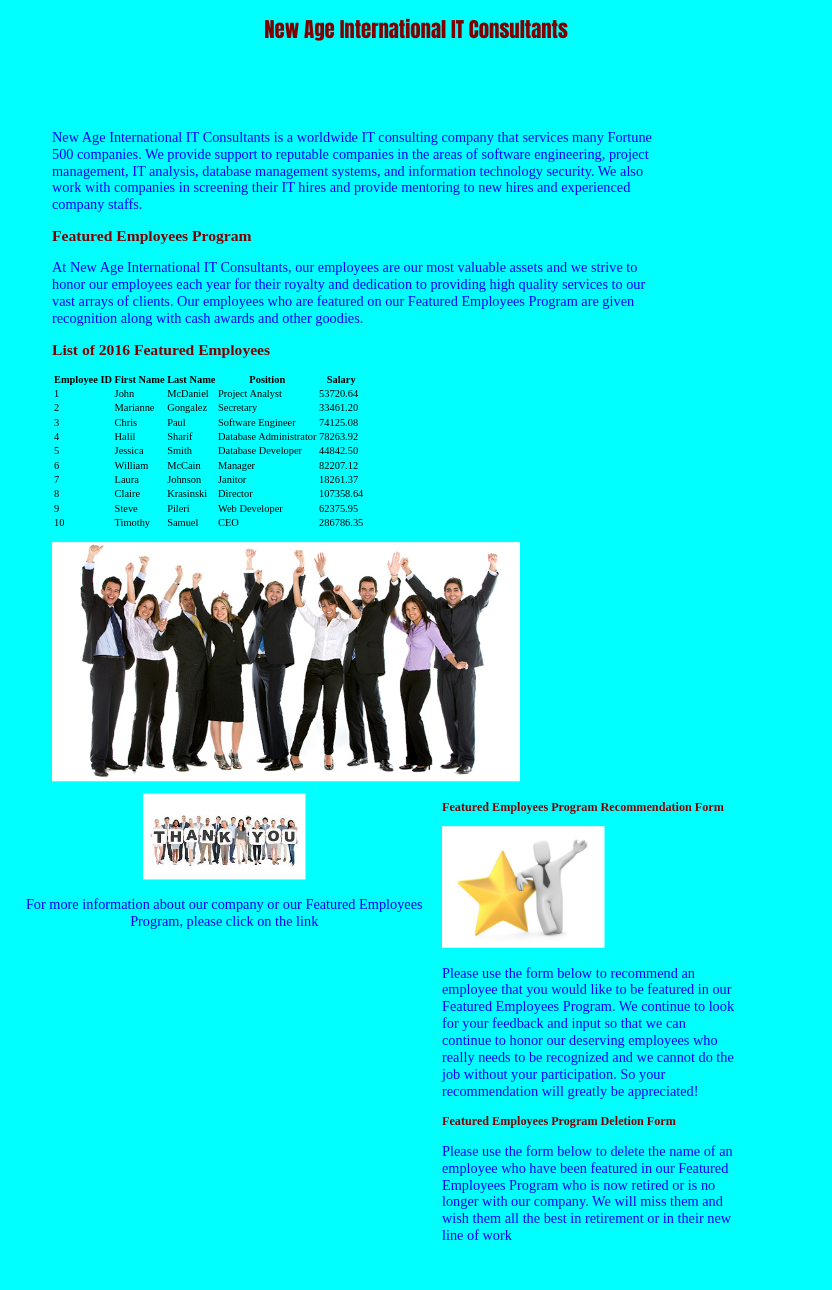
Repository: myjavaweb2/Week5JDBCAssignments
Page: myweek4project/src/main/webapp/employee.html
The author's editor kept a copy of each file at every save. The page is drawn from the files as they stood at one save, then again after the next save.
The browser window is 1280 px wide. The pictures show the whole page, at 65% of full size.

Above is the page before, as saved 2016-08-30 19:02:38.

### myweek4project/src/main/webapp/employee.html
<!DOCTYPE html>
<html>
<head>
<meta charset="ISO-8859-1">
<title>Employee Recognition Program</title>

<link rel="stylesheet" type="text/css" href="styles.css">
</head>
<body>

	<header>

		<h1>New Age International IT Consultants</h1>

	</header>

	<main>

	<p>New Age International IT Consultants is a worldwide IT
		consulting company that services many Fortune 500 companies. We
		provide support to reputable companies in the areas of software
		engineering, project management, IT analysis, database management
		systems, and information technology security. We also work with
		companies in screening their IT hires and provide mentoring to new
		hires and experienced company staffs.</p>

	<h2>Featured Employees Program</h2>
	<p>At New Age International IT Consultants, our employees are our
		most valuable assets and we strive to honor our employees each year
		for their royalty and dedication to providing high quality services to
		our vast arrays of clients. Our employees who are featured on our
		Featured Employees Program are given recognition along with cash
		awards and other goodies.</p>

	<h2>List of 2016 Featured Employees</h2>

	<table class="table table-striped">
		<tr>
			<th>Employee ID</th>
			<th>First Name</th>
			<th>Last Name</th>
			<th>Position</th>
			<th>Salary</th>
		</tr>
		<tr>
			<td>1</td>
			<td>John</td>
			<td>McDaniel</td>
			<td>Project Analyst</td>
			<td>53720.64</td>
		</tr>
		<tr>
			<td>2</td>
			<td>Marianne</td>
			<td>Gongalez</td>
			<td>Secretary</td>
			<td>33461.20</td>
		</tr>
		<tr>
			<td>3</td>
			<td>Chris</td>
			<td>Paul</td>
			<td>Software Engineer</td>
			<td>74125.08</td>
		</tr>
		<tr>
			<td>4</td>
			<td>Halil</td>
			<td>Sharif</td>
			<td>Database Administrator</td>
			<td>78263.92</td>
		</tr>
		<tr>
			<td>5</td>
			<td>Jessica</td>
			<td>Smith</td>
			<td>Database Developer</td>
			<td>44842.50</td>
		</tr>
		<tr>
			<td>6</td>
			<td>William</td>
			<td>McCain</td>
			<td>Manager</td>
			<td>82207.12</td>
		</tr>
		<tr>
			<td>7</td>
			<td>Laura</td>
			<td>Johnson</td>
			<td>Janitor</td>
			<td>18261.37</td>
		</tr>
		<tr>
			<td>8</td>
			<td>Claire</td>
			<td>Krasinski</td>
			<td>Director</td>
			<td>107358.64</td>
		</tr>
		<tr>
			<td>9</td>
			<td>Steve</td>
			<td>Pileri</td>
			<td>Web Developer</td>
			<td>62375.95</td>
		</tr>
		<tr>
			<td>10</td>
			<td>Timothy</td>
			<td>Samuel</td>
			<td>CEO</td>
			<td>286786.35</td>
		</tr>
	</table>
	<br>
	<img alt="2016 Featured Employees" src="images/employees.jpg"> </main>

	<aside>
		<h3>Featured Employees Program Recommendation Form</h3>

		<img alt="2016 Featured Employees" src="images/employee_pride.jpg"
			width="250px">

		<p>Please use the form below to recommend an employee that you
			would like to be featured in our Featured Employees Program. We
			continue to look for your feedback and input so that we can continue
			to honor our deserving employees who really needs to be recognized
			and we cannot do the job without your participation. So your
			recommendation will greatly be appreciated!</p>

		<form action=""></form>

		<h3>Featured Employees Program Deletion Form</h3>

		<p>Please use the form below to delete the name of an employee who
			have been featured in our Featured Employees Program who is now
			retired or is no longer with our company. We will miss them and wish
			them all the best in retirement or in their new line of work</p>

	</aside>

	<footer>

		<img alt="2016 Featured Employees" src="images/employees2.jpg"
			width="250px">

		<p>For more information about our company or our Featured
			Employees Program, please click on the link</p>


	</footer>

</body>
</html>

### myweek4project/src/main/webapp/styles.css
html, body {
	margin: 0;
	padding: 0;
	border: 0;
	font-size: 100%;
	background-color: aqua;
}

header {
	height: 135px;
}

main {
	width: 950px;
	background-color: aqua;
	float: left;
	padding-left: 0;
	padding-right: 0;
	position: relative;
	right: 20px;
  	left: 80px;
  	top: 20px;
  	bottom: 15px;
}

aside {
	width: 450px;
	background-color: aqua;
	float: right;
	padding: 25px;
	padding-right: 150px;
}

footer {
	clear: left;
	padding: 35px;
	border: 5px;
	text-align: center;
}

p {
	font-style: Times New Roman, Tahoma, sans serif;
	font-size: 22px;
	color: blue;
}

h1, h2, h3 {
	font-family: fantasy, serif;
	color:maroon;
}

h1 {
	font-family: "Helvetica-Bold",Impact, sans serif;
	text-align: center;

}

ul {
	color:teal;
	font-size: 20px;
}
a {
	color: purple;
	text-decoration: none;
}

a:hover {

    text-decoration: line-through;
}

After the next save:
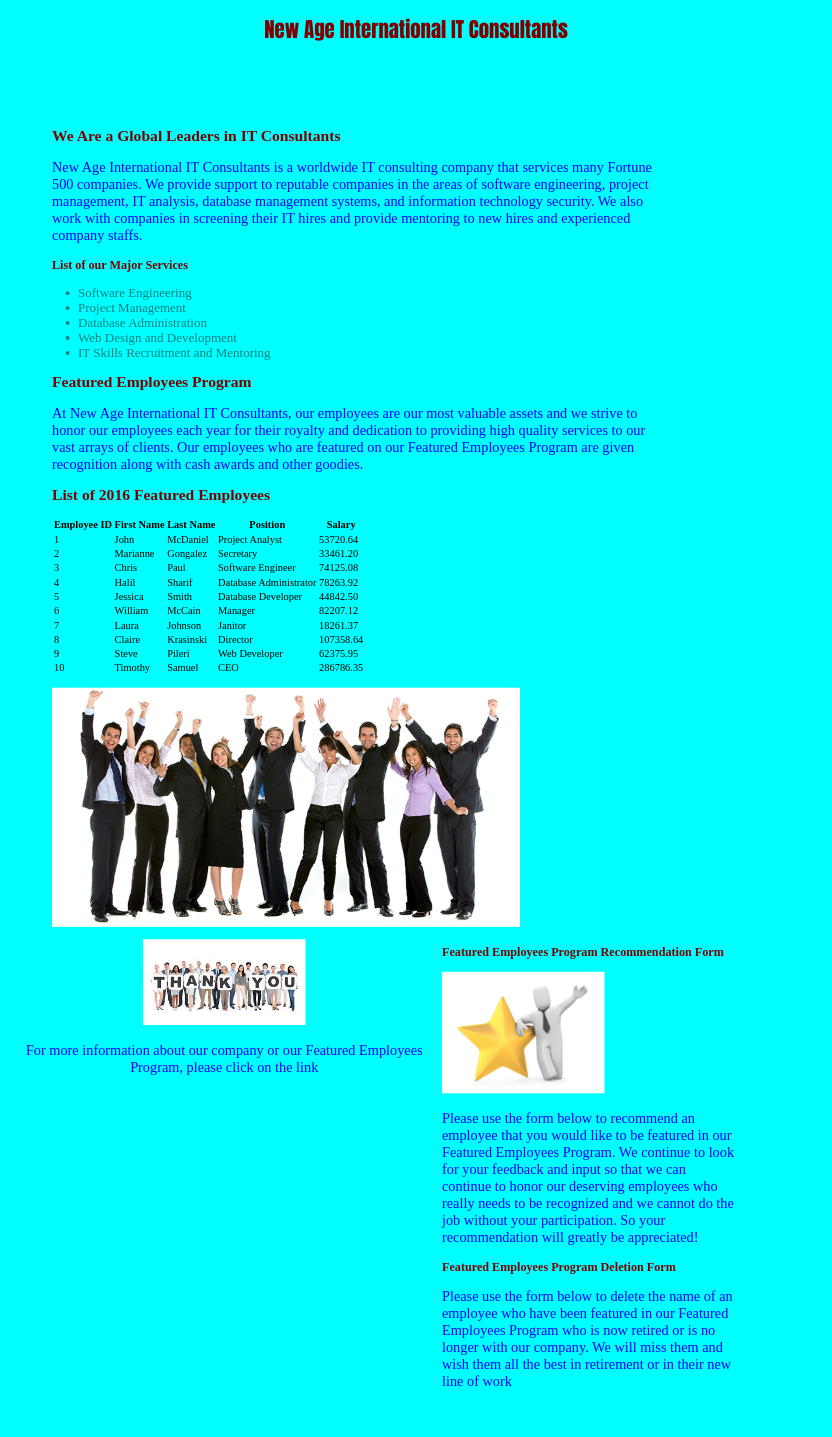
Saved 16 min 1 s later.
--- a/myweek4project/src/main/webapp/employee.html
+++ b/myweek4project/src/main/webapp/employee.html
@@ -16,6 +16,8 @@
 
 	<main>
 
+	<h2>We Are a Global Leaders in IT Consultants</h2>
+
 	<p>New Age International IT Consultants is a worldwide IT
 		consulting company that services many Fortune 500 companies. We
 		provide support to reputable companies in the areas of software
@@ -23,6 +25,16 @@
 		systems, and information technology security. We also work with
 		companies in screening their IT hires and provide mentoring to new
 		hires and experienced company staffs.</p>
+
+		<h3>List of our Major Services</h3>
+
+		<ul>
+			<li>Software Engineering</li>
+		 	<li>Project Management</li>
+		 	<li>Database Administration</li>
+		 	<li>Web Design and Development</li>
+		 	<li>IT Skills Recruitment and Mentoring</li>
+		</ul>
 
 	<h2>Featured Employees Program</h2>
 	<p>At New Age International IT Consultants, our employees are our
